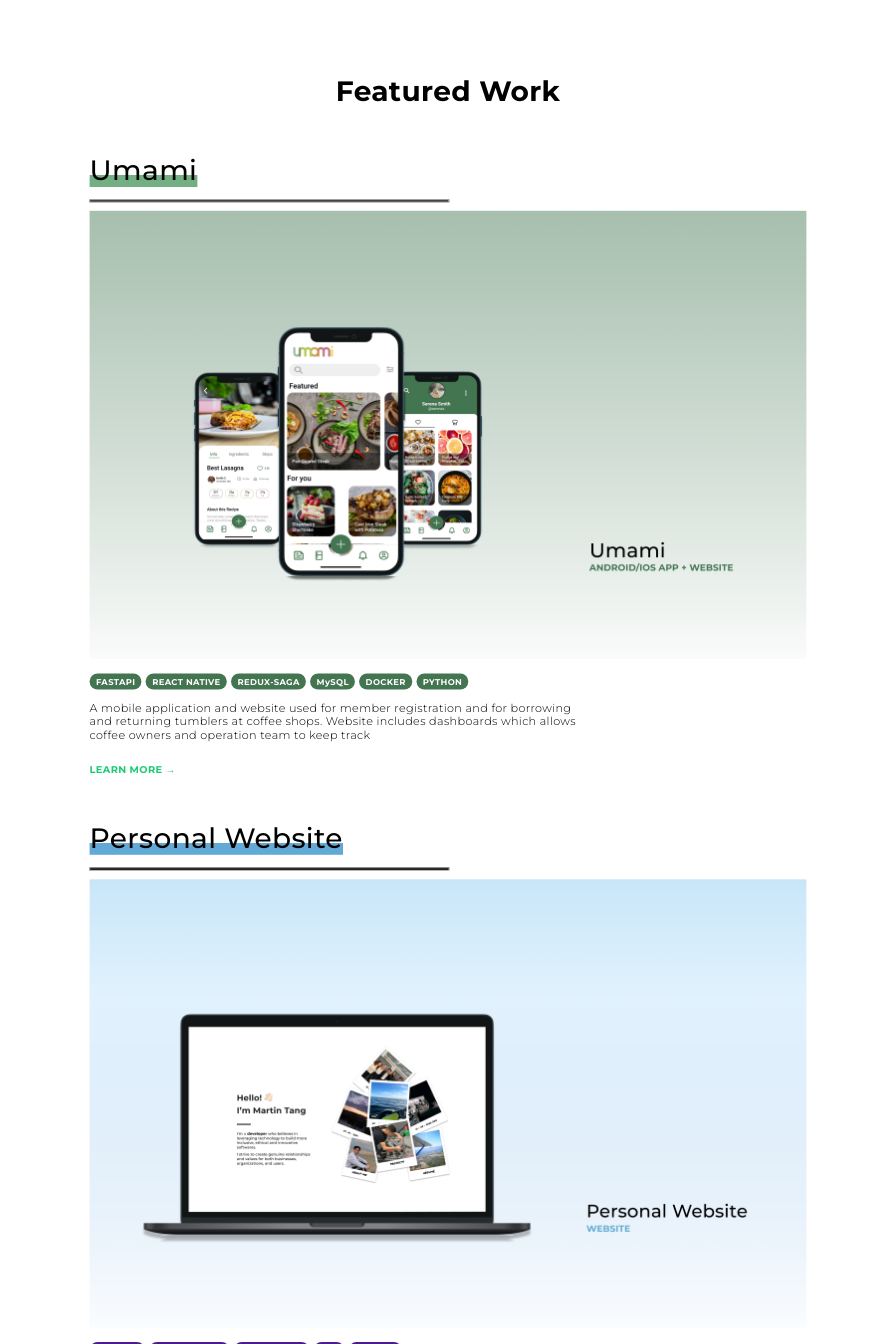
Repository: TangMartin/martintang
Page: index.html
The author's editor kept a copy of each file at every save. The page is drawn from the files as they stood at one save, then again after the next save.
The browser window is 1280 px wide. The pictures show the part of the page from y = 903 to 2823 px (the page is 2982 px tall before and 3090 px after), at 70% of full size.

Above is the page before, as saved 2021-11-25 00:59:08.

### index.html
<!DOCTYPE html>

<html>
    <head>
        <link href="./styles/style.css" rel="stylesheet">
        <link rel="preconnect" href="https://fonts.googleapis.com">
        <link rel="preconnect" href="https://fonts.gstatic.com" crossorigin>
        <link href="https://fonts.googleapis.com/css2?family=Montserrat:wght@300;500;700&display=swap" rel="stylesheet">
        <title> Martin Tang</title>
    </head>

    <body>
        <!-- Nav Bar-->
        <!-- Main Page-->
        <div class="flex-main">
            <!-- Left Box-->
            <div class="flex-left">
                <h1>Hello! <span class="wave" style="margin-left: 4%;">👋🏻</span> </h1>
                <h1>I'm Martin Tang</h1>
                <hr style="height:5px; width:15%; margin-left:0; background-color:#222020; display: inline-block">
                <h3>I'm a <strong>developer</strong> who believes in leveraging technology to build more inclusive, ethical and innovative softwares. </h3>
                <h3>I strive to create genuine relationships and values for both businesses, organizations, and users.</h3>
            </div>
            <!-- Right Box-->
            <div class="flex-right">
                <div class="image-stack">
                    <a style="grid-column: 8; grid-row: 10; cursor: pointer; --turn-radius: 12deg; cursor: pointer;" href="./Martin_Tang_Resume.pdf" target="_blank" download>
                        <img src="./assets/polaroids/Resume.png"/>
                    </a>
                    <img style="grid-column: 3; grid-row: 1; --turn-radius: -12deg;" src="./assets/polaroids/Apsc100.png" />
                    <img style="grid-column: 1; grid-row: 7; --turn-radius: -12deg;" src="./assets/polaroids/Sunset.png" />
                    <img style="grid-column: 7; grid-row: 5; --turn-radius: 15deg;" src="./assets/polaroids/Hongkongpng.png" />
                    <a style="grid-column: 3; grid-row: 12; --turn-radius: -12deg; cursor: pointer;" href="./pages/aboutme.html">
                        <img src="./assets/polaroids/Aboutme.png" />
                    </a>
                    <img style="grid-column: 4; grid-row: 5; --turn-radius: -4deg;"src="./assets/polaroids/Jetski.png" />
                    <a style="grid-column: 5; grid-row: 9; --turn-radius: 10deg; cursor: pointer;" href="#featuredwork">
                        <img src="./assets/polaroids/Projects.png"/>
                    </a>
                </div>
            </div>
        </div>

         <!-- Featured Work -->
        <div class="featured_work" id="featuredwork">
            <h1 style="text-align: center; padding-top: 5rem;"> Featured Work </h1>
            <ul class="work_list">

                <!-- Umami -->
                <li class="work_item">
                    <h1><span class="highlight" style="--highlighter-color: #74af84;">Umami</span></h1>
                    <hr style="height:2.5px; width:50%; margin-left:0; background-color:#222020; display: inline-block; margin">
                    <img class="work_image" src="./assets/images/Umami.png" />
                    <div class="technologies" style="--work-color: #447551;">
                        <p>FASTAPI</p>
                        <p>REACT NATIVE</p>
                        <p>REDUX-SAGA</p>
                        <p>MySQL</p>
                        <p>DOCKER</p>
                        <p>PYTHON</p>
                    </div>
                    <p class="work_description">
                        A mobile application and website used for member registration and for borrowing and returning tumblers at coffee shops.  Website includes dashboards which allows coffee owners and operation team to keep track
                    </p>
                    <h3> LEARN MORE → </h3>
                </li>

                <!-- Personal Website -->
                <li class="work_item">
                    <h1><span class="highlight" style="--highlighter-color: #62AAD5;">Personal Website</span></h1>
                    <hr style="height:2.5px; width:50%; margin-left:0; background-color:#222020; display: inline-block">
                    <img class="work_image" src="./assets/images/Personalwebsite.png" />
                    <div class="technologies" style="--work-color: #4c1d8a;">
                        <p>FAST API</p>
                        <p>REACT NATIVE</p>
                        <p>REDUX-SAGA</p>
                        <p>SQL</p>
                        <p>DOCKER</p>
                    </div>
                    <p class="work_description">
                        A mobile application and website used for member registration and for borrowing and returning tumblers at coffee shops.  Website includes dashboards which allows coffee owners and operation team to keep track
                    </p>
                    <h3> LEARN MORE → </h3>
                </li>

            </ul>
        </div>
    </body>
</html>

### styles/style.css
:root {
    --highlighter-color: #EEDF5B;
    --work-color: #1cca73;
    --turn-radius: 6deg;
}

html{
    scroll-behavior: smooth;
}
body {
    max-width: 70rem;
    margin-right: auto;
    margin-left: auto;
    width: 80vw;
    padding-top: 2rem;
}

body,
h1,
h2,
h3,
h4,
h5 {
  font-family: 'Montserrat', sans-serif;
  letter-spacing: 0.5px;
}

h3 {
    margin-top: 10px;
    color: #222020;
    font-size: 20px;
    font-weight: 300;
}

/* MAIN PAGE */
.flex-main {
    display: flex;
    flex-direction: row;
}
.flex-main h1 {
    display: flex;
    flex-direction: row;
    font-size: 50px;
    margin: 5px 0px 10px 0px;
}

.flex-left {
    width: 40%;
    padding-top: 23%;
    padding-bottom: 2%;
}
.flex-right {
    width: 60%;
}
.image-stack{
    display: grid;
    grid-template-columns: repeat(12, 55px);
    grid-template-rows: repeat(19, 48px);
    padding-left: 10%;

}
.image-stack img {
    transition: all 0.3s ease-in-out 0s;
}
.image-stack img:hover {
    transform: rotate(var(--turn-radius));
    transition: all 0.3s ease-in-out 0s;
}

.wave {
    animation-name: wave-animation;
    animation-duration: 2.5s;
    animation-iteration-count: infinite;
    transform-origin: 70% 70%;
    display: inline-block;
  }

  @keyframes wave-animation {
      0% { transform: rotate( 0.0deg) }
     10% { transform: rotate(14.0deg) }  /* The following five values can be played with to make the waving more or less extreme */
     20% { transform: rotate(-8.0deg) }
     30% { transform: rotate(14.0deg) }
     40% { transform: rotate(-4.0deg) }
     50% { transform: rotate(10.0deg) }
     60% { transform: rotate( 0.0deg) }  /* Reset for the last half to pause */
    100% { transform: rotate( 0.0deg) }
  }
.fade-in1 {
    opacity: 0;
	animation: fadeIn;
    animation-duration: 2s;
    animation-fill-mode: forwards;
}
.fade-in2 {
    opacity: 0;
	animation: fadeIn;
    animation-duration: 2s;
    animation-delay: 1s;
    animation-fill-mode: forwards;
}
.fade-in3 {
    opacity: 0;
	animation: fadeIn;
    animation-duration: 3s;
    animation-delay: 1.5s;
    animation-fill-mode: forwards;
}
@keyframes fadeIn {
  from {
  	opacity: 0;
  }
  to {
 	opacity: 1;
  }
}

/* FEATUERED WORK */
.featured_work {
    margin-top: -5%;
}
.featured_work h1 {
    font-size: 40px;
}
.work_list {
    list-style: none;
    padding-left: 0;
}
.work_item {
    margin-top: 4rem;
}
.work_item h1{
    margin-bottom: 1%;
}
.work_item h3{
    margin-top: 3%;
    font-weight: bold;
    font-size: 14px;
    color: var(--work-color);
}
.work_image {
    max-width: 100%;
}
.work_description {
    margin-top: 5px;
    font-weight: 350;
    width: 70%;
}
.highlight {
    background: linear-gradient(180deg, #FFFFFF 65%, var(--highlighter-color) 65%);
    font-weight: 400;
}
.technologies {
    margin-top: 5px;
    display: flex;
    flex-direction:row;
    color: var(--work-color);
}
.technologies p {
    font-size: 12px;
    margin-right: 6px;
    color: #FFFFFF;
    font-weight: 600;
    border-radius:20px;
    padding: 4px 9px 4px 9px;
    background: var(--work-color);
}
/* ABOUT ME */
.aboutme_image {
    max-width: auto;
    height: 100%;
    justify-content: center;
    opacity: 0;
	animation: fadeIn;
    animation-duration: 2s;
    animation-fill-mode: forwards;
}
.flexabout-left {
    width: 30%;
    padding-bottom: 2%;
    display: flex;
    justify-content: center;
}
.flexabout-right{
    width: 70%;
    padding-bottom: 2%;
    padding-left: 2rem;
}
.flexabout-right a{
    font-weight: bold;
}

After the next save:
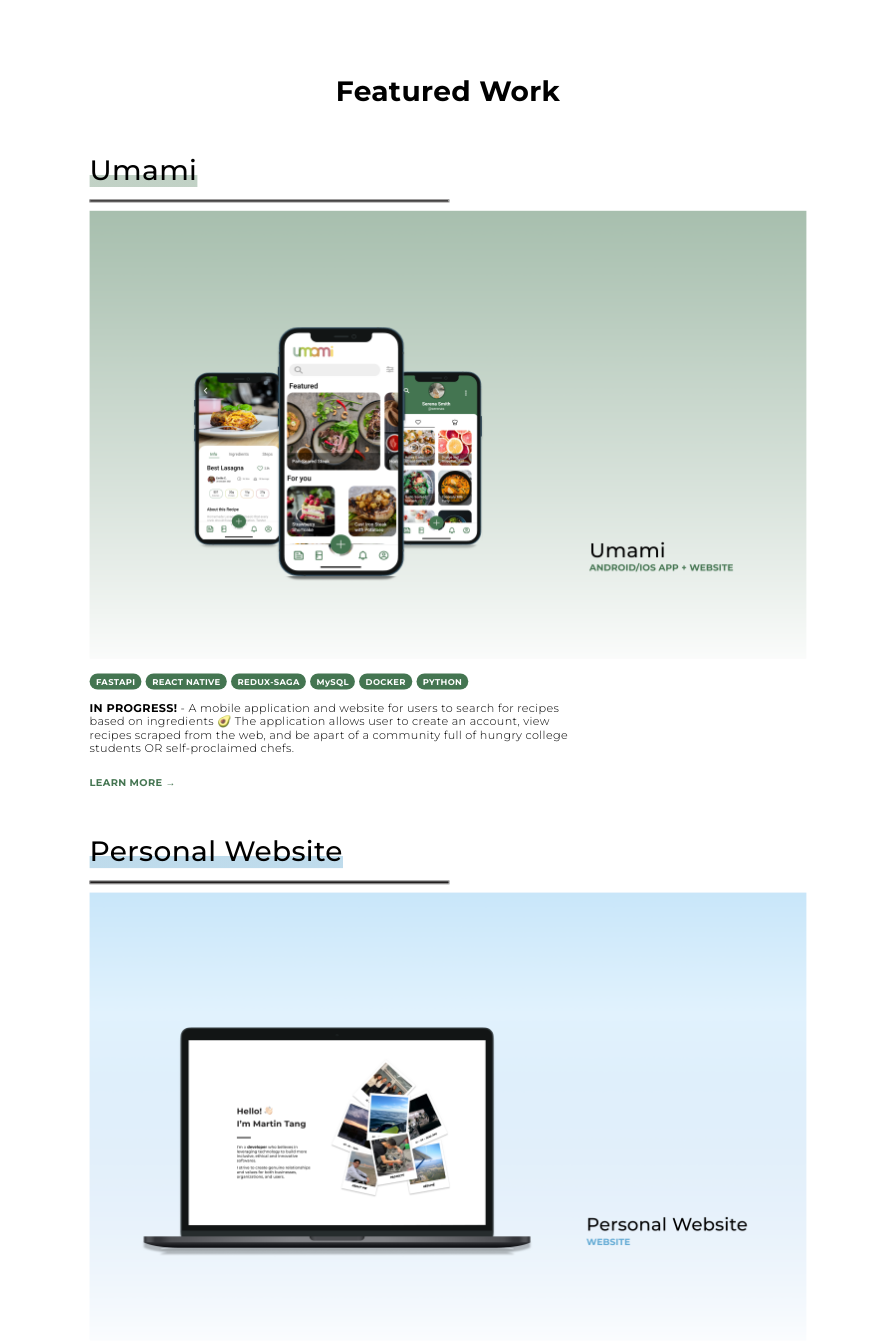
Saved 2 days later.
--- a/index.html
+++ b/index.html
@@ -15,11 +15,11 @@
         <div class="flex-main">
             <!-- Left Box-->
             <div class="flex-left">
-                <h1>Hello! <span class="wave" style="margin-left: 4%;">👋🏻</span> </h1>
-                <h1>I'm Martin Tang</h1>
+                <h1 class="fade-in1">Hello! <span class="wave" style="margin-left: 4%;">👋🏻</span> </h1>
+                <h1 class="fade-in2">I'm Martin Tang</h1>
                 <hr style="height:5px; width:15%; margin-left:0; background-color:#222020; display: inline-block">
-                <h3>I'm a <strong>developer</strong> who believes in leveraging technology to build more inclusive, ethical and innovative softwares. </h3>
-                <h3>I strive to create genuine relationships and values for both businesses, organizations, and users.</h3>
+                <h3 class="fade-in3">I'm a <strong>developer</strong> who believes in leveraging technology to build more inclusive, ethical and innovative softwares. </h3>
+                <h3 class="fade-in3">I strive to create genuine relationships and values for both businesses, organizations, and users.</h3>
             </div>
             <!-- Right Box-->
             <div class="flex-right">
@@ -47,11 +47,11 @@
             <ul class="work_list">
 
                 <!-- Umami -->
-                <li class="work_item">
-                    <h1><span class="highlight" style="--highlighter-color: #74af84;">Umami</span></h1>
+                <li class="work_item" style="--work-color: #447551;">
+                    <h1><span class="highlight" style="--highlighter-color: #44755154;">Umami</span></h1>
                     <hr style="height:2.5px; width:50%; margin-left:0; background-color:#222020; display: inline-block; margin">
                     <img class="work_image" src="./assets/images/Umami.png" />
-                    <div class="technologies" style="--work-color: #447551;">
+                    <div class="technologies">
                         <p>FASTAPI</p>
                         <p>REACT NATIVE</p>
                         <p>REDUX-SAGA</p>
@@ -60,27 +60,27 @@
                         <p>PYTHON</p>
                     </div>
                     <p class="work_description">
-                        A mobile application and website used for member registration and for borrowing and returning tumblers at coffee shops.  Website includes dashboards which allows coffee owners and operation team to keep track
+                        <strong>IN PROGRESS!</strong> - A mobile application and website for users to search for recipes based on ingredients 🥑 The application allows user to create an account, view recipes scraped from the web, and be apart of a community full of hungry college students OR self-proclaimed chefs.
                     </p>
                     <h3> LEARN MORE → </h3>
                 </li>
 
                 <!-- Personal Website -->
-                <li class="work_item">
-                    <h1><span class="highlight" style="--highlighter-color: #62AAD5;">Personal Website</span></h1>
+                <li class="work_item" style="--work-color: #62AAD5;">
+                    <h1><span class="highlight" style="--highlighter-color: #a5cde4b6;">Personal Website</span></h1>
                     <hr style="height:2.5px; width:50%; margin-left:0; background-color:#222020; display: inline-block">
                     <img class="work_image" src="./assets/images/Personalwebsite.png" />
-                    <div class="technologies" style="--work-color: #4c1d8a;">
-                        <p>FAST API</p>
-                        <p>REACT NATIVE</p>
-                        <p>REDUX-SAGA</p>
-                        <p>SQL</p>
-                        <p>DOCKER</p>
+                    <div class="technologies">
+                        <p>JAVASCRIPT</p>
+                        <p>FIGMA</p>
+                        <p>HTML</p>
+                        <p>CSS</p>
                     </div>
                     <p class="work_description">
-                        A mobile application and website used for member registration and for borrowing and returning tumblers at coffee shops.  Website includes dashboards which allows coffee owners and operation team to keep track
+                        <strong>Welcome to my website!</strong> This is my little digital journal where I share my experiences and the things I have learned from various opportunities! In a world that's always hustling, it helps me stay present and reflect on how much I've grown and achieved.
                     </p>
                     <h3> LEARN MORE → </h3>
+                    <p> Life is so cool, want to test out waka time if it works</p>]
                 </li>
 
             </ul>
